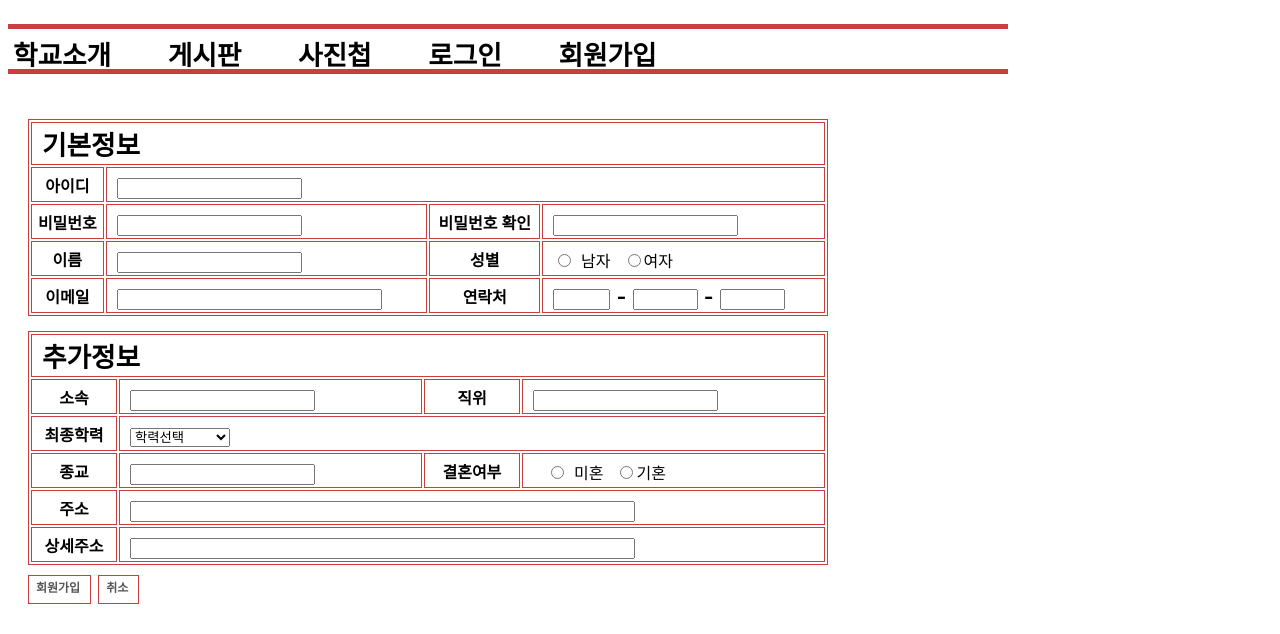
Repository: asaf0813/aisw
Page: java/이클립스/workspace/html/htmltest/WebContent/member/join.html
An editor plug-in stored every save of this project. The page is shown before and after the next save, followed by the edit.
The browser window is 1280 px wide. The pictures show the part of the page from y = 158 to 792 px (the page is 792 px tall).

Above is the page before, as saved 2019-10-03 10:58:35.

### java/이클립스/workspace/html/htmltest/WebContent/member/join.html
<!doctype html>
<html lang="en">
	<head>
		<meta charset="UTF-8">
		<meta name="Generator" content="EditPlus®">
		<meta name="Author" content="">
		<meta name="Keywords" content="">
		<meta name="Description" content="">
		<title>join</title>
		<link href="./join.css" rel="stylesheet" type="text/css" >
		<style type="text/css">
		a { text-decoration:none }
		</style>


		<script>
			function send(){
				var id_view = document.frm.id_view.value;
				var password = document.frm.password.value;
				var password2 = document.frm.password2.value;
				var email = document.frm.emailAdres.value;
				var tel1 = document.frm.Phone1.value;
				var tel2 = document.frm.Phone2.value;
				var tel3 = document.frm.Phone3.value;
				var tel3 = document.frm.Phone3.value;
				var name = document.frm.name.value;

				if(id_view==""){
					alert("아이디를 입력해주세요");
					document.frm.id_view.focus();
					return;
				} else if(password=="") {
					alert("비밀번호를 입력해주세요");
					document.frm.password.focus();
					return;
				} else if(password2=="") {
					alert("비밀번호를 확인해주세요");
					document.frm.password.focus();
					return;
				} else if(name=="") {
					alert("이름을 입력해주세요.");
					document.frm.password.focus();
					return;
				} else {
					if(confirm("가입하시겠습니까?")) {
						document.frm.submit();
					}
				}

				var regExp = /[a-z0-9]{2,}@[a-z0-9-]{2,}\.[a-z0-9]{2,}/i;

				if(!regExp.test(email)){
					alert("이메일 형식이 일치하지 않습니다.");
					document.frm.emailAdres.focus();
					return;
				}

				var tel1Chk = /^0(2|1[01679])$/;
				var tel2Chk = /^[0-9]{3,}$/;
				var tel3Chk = /^[0-9]{4}$/;

				if (tel1.value != '') {
					if (!tel1Chk.test(tel1)){
						alert("번호형식이 일치하지 않습니다.");
						document.frm.Phone1.focus();
						return;
					}
					if (!tel2Chk.test(tel2)){
						alert("번호형식이 일치하지 않습니다.");
						document.frm.Phone2.focus();
						return;
					}
					if (!tel3Chk.test(tel3)){
						alert("번호형식이 일치하지 않습니다.");
						document.frm.Phone3.focus();
						return;
					}
				}
			}

		</script>
	</head>
	<body>
		<div class="header">
			<a href="../main.html">
			<img width="100%" height="150" src = "http://www.postech.ac.kr/wp-content/themes/postech/images/imgs/signature4.png", alt="" ></a>
		<div>
			<p style="margin-top:20px"></p>
		</div>

		<div class="topnavi_ds">
			<div class="topnavi">
				<a href="../intro/intro.html">학교소개</a> <a href="../board/list.html">게시판</a> <a href="../picture/list.html">사진첩</a> <a href="../member/login.html">로그인</a> <a href="../member/join.html">회원가입</a>
			</div>
		</div>


		<div class="divide"/>

		<div class="body">

			<form name="frm">
				<div class="modify_user">
					<table>
						<tr><td colspan="4" height="30">기본정보</td></tr>
						<tr>
							<th>아이디</th>
							<td colspan="3">
							<input type="text" size="20" maxlength="20" name="id_view" >
							</td>
						</tr>
						<tr>
							<th>비밀번호</th>
							<td><input type="password" path="password" name="password" id="password" title="비밀번호" size="20" maxlength="20" /></td>
							<th>비밀번호 확인</th>
							<td><input name="password2" id="password2" title="비밀번호확인" type="password" size="20" maxlength="20" /></td>
						</tr>
						<tr>
							<th>이름</th>
							<td><input name="userNm" id="userNm" title="사용자이름" type="text" size="20" value="" maxlength="60" /></td>
							<th>성별</th>
							<td>
								<input type="radio" id="gen" name="gen" title="성별" value="남자">
								<span style="font-size:12pt; font-weight:normal;">남자</style>
								&nbsp;&nbsp;<input type="radio" id="gen" name="gen" title="성별" value="여자">여자</span>
							</td>
						</tr>
						<tr>
							<th>이메일</th>
							<td><input name="emailAdres" id="emailAdres" title="이메일주소" cssClass="txaIpt" size="30" maxlength="50" /></td>
							<th>연락처</th>
							<td>
								<input name="Phone1" id="Phone1" title="번호1" cssClass="txaIpt" size="4" maxlength="3" /> -
								<input name="Phone2" id="Phone2" title="번호2" cssClass="txaIpt" size="5" maxlength="4" /> -
								<input name="Phone3" id="Phone3" title="번호3" cssClass="txaIpt" size="5" maxlength="4" />
								<input type="hidden" name="memberPhone" id="memberPhone" title="핸드폰번호" size="20" maxlength="15" />
							</td>
						</tr>
					</table>
					<br />
					<table>
						<tr><td colspan="6" height="30">추가정보</td></tr>
						<tr>
							<th>소속</th>
							<td colspan="1"><input name="orgnz" id="orgnz" title="소속" type="text" size="20" value="" maxlength="60" /></td>
							<th>직위</th>
							<td><input name="position" id="position" title="직위" type="text" size="20" value="" maxlength="60" /></td>
						</tr>
						<tr>
							<th>최종학력</th>
							<td colspan="3">
								<select name="spec" title="최종학력">
									<option value="">학력선택</option>
									<option value="초등학교 재학">초등학교 재학</option>
									<option value="초등학교 졸업">초등학교 졸업</option>
									<option value="중학교 재학">중학교 재학</option>
									<option value="중학교 졸업">중학교 졸업</option>
									<option value="고등학교 재학">고등학교 재학</option>
									<option value="고등학교 졸업">고등학교 졸업</option>
									<option value="대학교 재학">대학교 재학</option>
									<option value="대학교 졸업">대학교 졸업</option>
									<option value="대학원 재학">대학원 재학</option>
								</select>
							</td>
						</tr>
						<tr>
							<th>종교</th>
							<td><input name="religion" id="religion" title="종교" type="text" size="20" value="" maxlength="60" /></td>
							<th>결혼여부</th>
							<td>
								&nbsp;&nbsp;<input type="radio" name="marry" value="미혼">
								<span style="font-size:12pt; font-weight:normal;">미혼</style>
								&nbsp;&nbsp;<input type="radio" name="marry" value="기혼">기혼</span>
							</td>
						</tr>
						<tr>
							<th>주소</th>
							<td colspan="3">
								<input type="text" name="zipcode" size="60">
							</td>
						</tr>
						<tr>
							<th>상세주소</th>
							<td colspan="3">
								<input type="text" class="addr" name="addr_remain" size="60">
							</td>
						</tr>
					</table>

					<div class="buttons" style="padding-top:10px;padding-bottom:30px; float:left;">
						<a href="#LINK" onclick="javascript:send(); return false;">회원가입</a>
						<a href="#LINK">취소</a>
					</div>
				</div>
			</form>
		</div>
	</body>
</html>

### java/이클립스/workspace/html/htmltest/WebContent/member/join.css
.header a:hover{color:red;}
.header a{color:blue;}

.header{
	width:1000px;
	height:50px;
	float:left;
	font-size: 9pt;
}

.topnavi_ds{
	width:100%;
	height:5px;
	background-color:#CC3D3D;
	float:left;
}
.topnavi a:hover{color:green;}
.topnavi a{color:#000000;}

.topnavi{
	width:1000px; height:30px;
	float:left;
	margin-top:10px;
	margin-left:5px;
	font-size: 20pt;
	font-weight: bold;
	word-spacing:50px;
}

.divide{
	width:100%;
	height:5px;
	float:left;
	margin-top: 25px;
	background-color:#CC3D3D;
	margin-top:40px;
}

.body{
	font-size: 9pt;
	margin-top:50px;
	margin-left:20px;
	width:1000px;
	height:500px;
	float:left;
}





.modify_user table{
	clear:both; width:800px;
	border: 1px solid #CC3D3D;
    overflow: hidden;
    white-space: nowrap;
    align=center;
}

.modify_user table th {
	font-size:12pt;
	background-color:#FFFFFF;
	border:1px solid #CC3D3D;
    color:#000000;
    align=center;
}

.modify_user table td{
	font-weight:bold;
	font-size:20pt;
	background-color:#ffffff;
	border:1px solid #CC3D3D;
    color:#000000;
    padding-left:10px;
    align=center;
}


/* btn */
.buttons a, .buttons button{

    display:block;
    float:left;
    margin:0 7px 0 0;
    background-color:#FFFFFF;
    border:1px solid #CC3D3D;
    font-size:9pt;
    line-height:130%;
    text-decoration:none;
    font-weight:bold;
    color:#565656;
    cursor:pointer;
    padding:5px 10px 6px 7px; /* Links */
}

.buttons a:hover{color:#4786AD;}

After the next save:
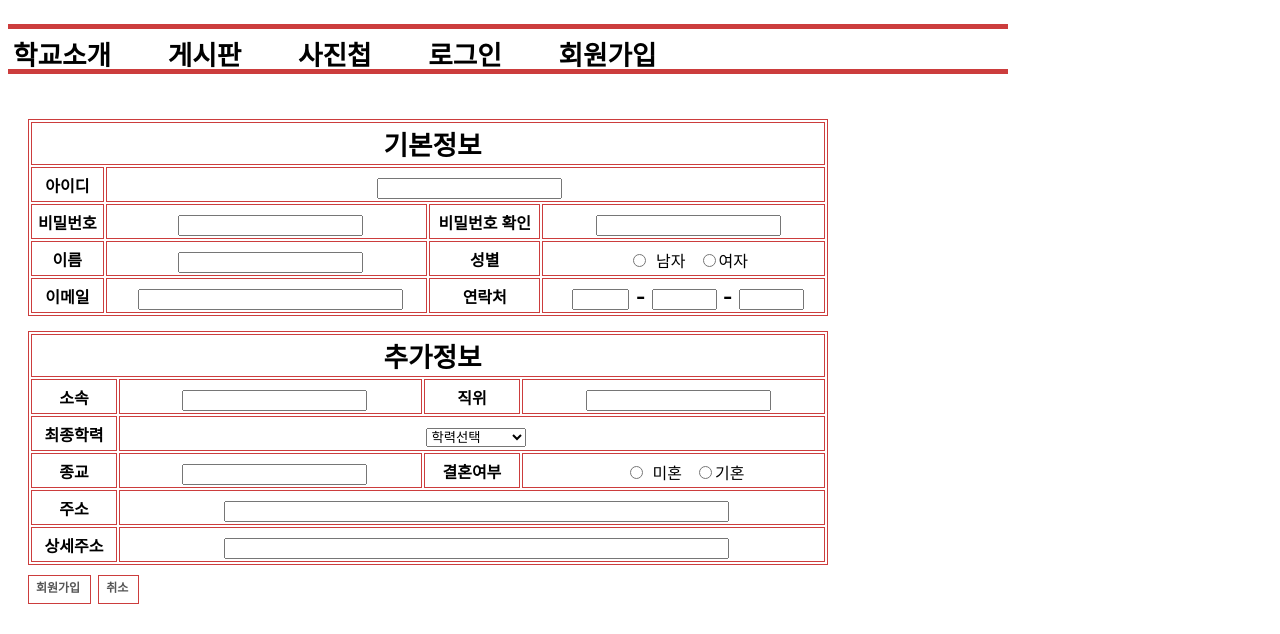
Saved 41 s later.
--- a/java/이클립스/workspace/html/htmltest/WebContent/member/join.css
+++ b/java/이클립스/workspace/html/htmltest/WebContent/member/join.css
@@ -54,7 +54,7 @@
 	border: 1px solid #CC3D3D;
     overflow: hidden;
     white-space: nowrap;
-    align=center;
+    text-align:center;
 }
 
 .modify_user table th {
@@ -62,7 +62,6 @@
 	background-color:#FFFFFF;
 	border:1px solid #CC3D3D;
     color:#000000;
-    align=center;
 }
 
 .modify_user table td{
@@ -72,7 +71,7 @@
 	border:1px solid #CC3D3D;
     color:#000000;
     padding-left:10px;
-    align=center;
+
 }
 
 
